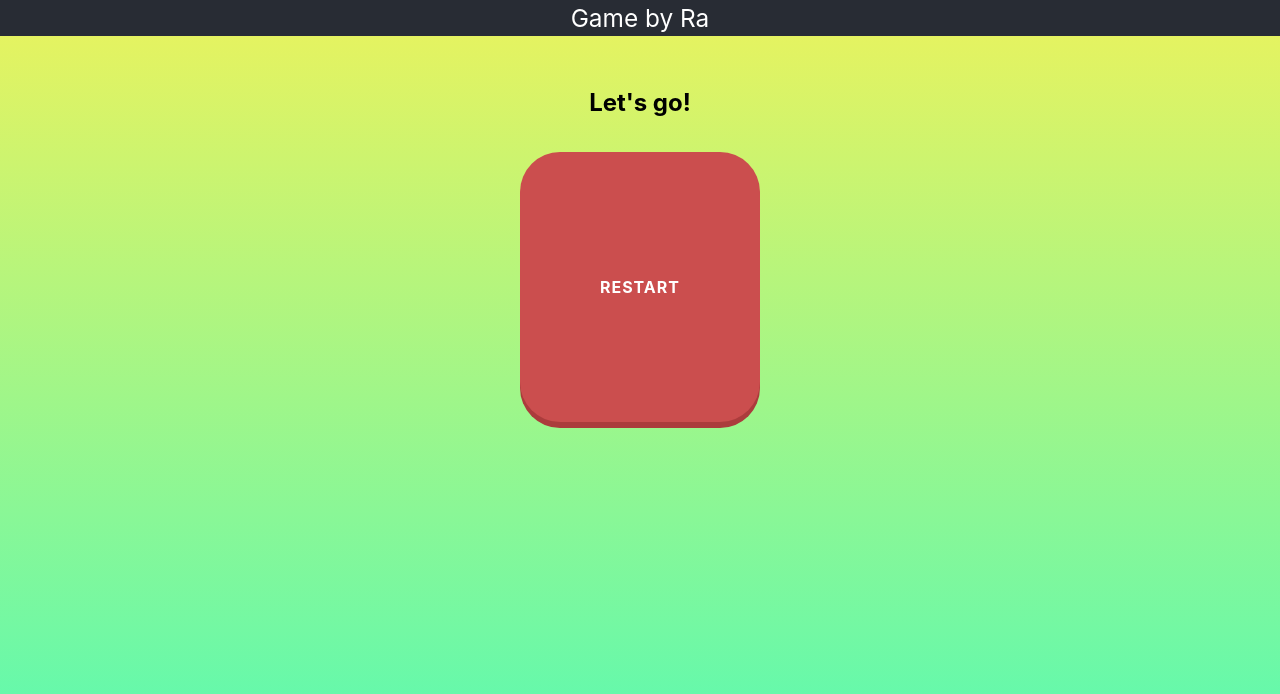
Repository: Sergioramasano/ramos-game
Page: /
These files come from the project's save history. The page is drawn as it stood at one moment and after the next save; the edit follows.
The browser window is 1280 px wide. The pictures show the whole page.
The project was rebuilt for these pictures with package versions that can differ from the ones it lists, and the page was loaded fresh each time. Also part of the build but not shown: src/components/Cards.js.

Above is the page before, as saved 2021-02-11 19:38:57.

### public/index.html
<!DOCTYPE html>
<html lang="en">
  <head>
    <meta charset="utf-8" />
    <link rel="icon" href="%PUBLIC_URL%/favicon.ico" />
    <meta name="viewport" content="width=device-width, initial-scale=1" />
    <meta name="theme-color" content="#000000" />
    <meta
      name="description"
      content="Web site created using create-react-app"
    />
    <link rel="apple-touch-icon" href="%PUBLIC_URL%/logo192.png" />
    <link rel="manifest" href="%PUBLIC_URL%/manifest.json" />
    <title>Game by Ra</title>
  </head>
  <body>
    <noscript>You need to enable JavaScript to run this app.</noscript>
    <div id="root"></div>
  </body>
</html>

### src/App.js
import "./App.css";
import GameBox from "./components/GameBox/GameBox";

const App = () => {
  return (
    <div className="App">
      <header className="App-header">Game by Ra</header>
      <GameBox></GameBox>
    </div>
  );
};

export default App;

### src/App.css
.App {
  text-align: center;
}

.App-header {
  background-color: #282c34;
  height: 5vh;
  display: flex;
  flex-direction: column;
  align-items: center;
  justify-content: center;
  font-size: calc(10px + 2vmin);
  color: white;
}

### src/components/GameBox/GameBox.js
import React, { useState, useEffect } from "react";
import Cards from "../Cards";
import styles from "./Gamebox.module.css";
import age from "../../images/age.jpeg";
import av from "../../images/av.jpeg";
import hq from "../../images/hq.png";
import hs from "../../images/hs.png";
import jq from "../../images/jq.jpg";
import lk from "../../images/lk.jpg";
import sm from "../../images/sm.jpg";
import smm from "../../images/smm.png";
import knight from "../../images/knight.png";
import star from "../../images/star.jpeg";

const GameBox = () => {
  const [imgUrl, setImgUrl] = useState(null);
  const [bingo, setBingo] = useState([]);
  const [currentUrlIdx, setCurrentUrlIdx] = useState(null);

  let urls = [];
  urls = [age, av, hq, hs, jq, lk, sm, smm, knight];
  urls = [...urls, ...urls];
  urls = urls.map((url, idx) => {
    return { name: url, id: Math.random(), visible: false, idx };
  });

  if (imgUrl !== null) {
    urls[imgUrl].visible = true;
  }

  if (bingo.length) {
    bingo.forEach((b) => {
      urls[b].visible = true;
    });
  }

  const setImg = (url) => {
    if (currentUrlIdx && currentUrlIdx.name === url.name) {
      console.log("YESSSSS");
      setBingo([...bingo, currentUrlIdx.idx, url.idx]);
    }
    setImgUrl(url.idx);
    setCurrentUrlIdx(url);
  };

  return (
    <main className={styles.gamebox}>
      {bingo.length !== urls.length ? <h2>Let's go!</h2> : <h2>WIN!</h2>}

      <section className={styles.wrap}>
        {bingo.length !== urls.length ? (
          <button className={styles.button}> Restart</button>
        ) : (
          <Cards
            key={currentUrlIdx}
            urls={urls}
            styles={styles}
            setImg={setImg}
            star={star}
            currentUrlIdx={currentUrlIdx}
          ></Cards>
        )}
      </section>
    </main>
  );
};

export default GameBox;

### src/components/GameBox/Gamebox.module.css
.gamebox {
  height: 95vh;
  background: linear-gradient(#d5ec06a2, #03f57c9f);
  padding: 2rem;
  box-sizing: border-box;
}

.wrap {
  margin: auto auto;
  max-width: 700px;
  height: auto;
  width: 100%;
  min-height: 300px;
  display: flex;
  flex-direction: row;
  justify-content: center;
  flex-wrap: wrap;
}

.card {
  display: block;
  width: 100px;
  height: 100px;
  margin: 0.3rem;
}

.card img {
  display: block;
  width: 100%;
  height: 100%;
}

.button {
  border: none;
  font-family: inherit;
  font-size: inherit;
  color: inherit;
  background: none;
  cursor: pointer;
  padding: 25px 80px;
  display: inline-block;
  margin: 15px 30px;
  text-transform: uppercase;
  letter-spacing: 1px;
  font-weight: 700;
  outline: none;
  position: relative;
  background: #cb4e4e;
  color: #fff;
  box-shadow: 0 6px #ab3c3c;
  -webkit-transition: none;
  -moz-transition: none;
  transition: none;
  border-radius: 40px;
}

.button:hover {
  box-shadow: 0 4px #ab3c3c;
  top: 2px;
}

Loaded but not shown: src/index.js (common file); src/index.css (common file)

After the next save:
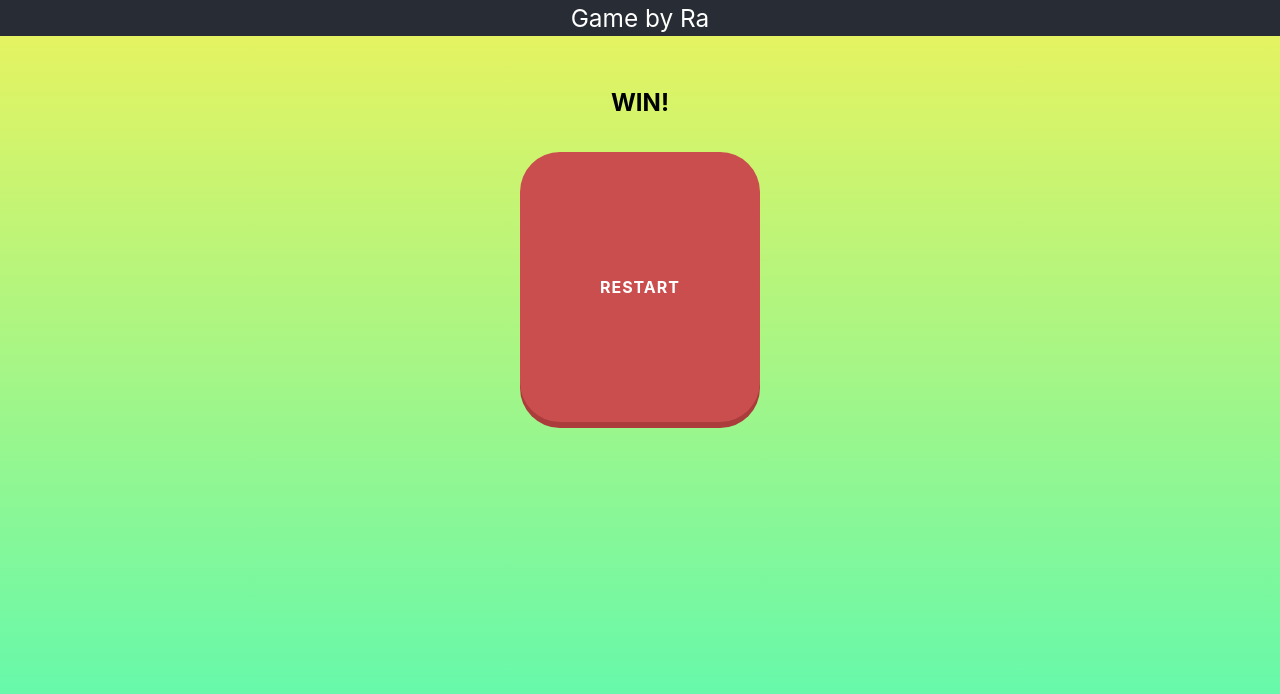
Saved 22 s later.
--- a/src/components/GameBox/GameBox.js
+++ b/src/components/GameBox/GameBox.js
@@ -45,7 +45,7 @@
 
   return (
     <main className={styles.gamebox}>
-      {bingo.length !== urls.length ? <h2>Let's go!</h2> : <h2>WIN!</h2>}
+      {bingo.length !== urls.length ? <h2>WIN!</h2> : <h2>Let's go!</h2>}
 
       <section className={styles.wrap}>
         {bingo.length !== urls.length ? (
